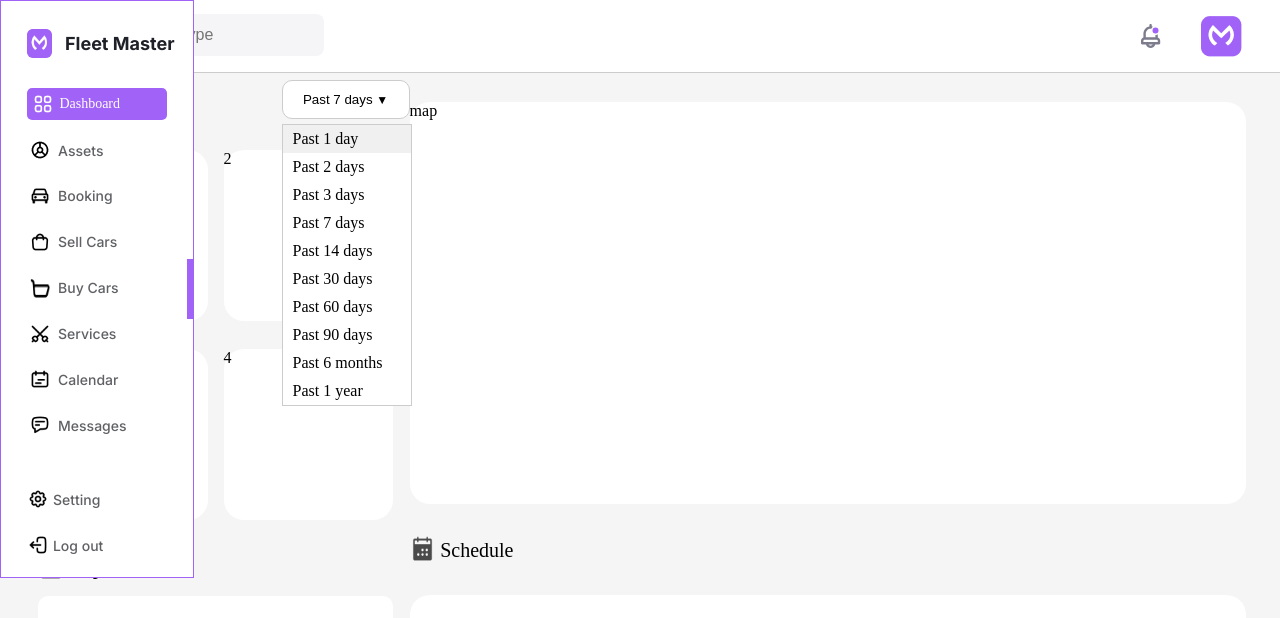
Repository: Designvioux/Car_Managment_System
Page: /, after clicking the first element matching `button.dropdown-button`
An editor plug-in stored every save of this project. The page is shown before and after the next save, followed by the edit.
The browser window is 1280 px wide. The pictures show the whole page.
The pointer rests on the first visible `.dropdown-item`.
An inner scrolling area shows only its first screen. The project was rebuilt for these pictures with package versions that can differ from the ones it lists, and the page was loaded fresh each time. Also part of the build but not shown: vite.config.js.

Above is the page before, as saved 2025-05-25 21:19:57.

### index.html
<!doctype html>
<html lang="en">
  <head>
    <meta charset="UTF-8" />
    <link rel="icon" type="image/svg+xml" href="./src/Components/Images/logo.png" />
    <meta name="viewport" content="width=device-width, initial-scale=1.0" />
    <title>Fleet Master</title>
  </head>
  <body>
    <div id="root"></div>
    <script type="module" src="/src/main.jsx"></script>
  </body>
</html>

### src/App.jsx
import { useState } from 'react'

import './App.css'
import { BrowserRouter as Router, Routes ,Route } from 'react-router-dom'

import Main from './Components/MainLayout'
import Home from './Components/Dashboard'


function App() {
  const [count, setCount] = useState(0)

  return (
    <Router>
<Routes>
<Route element={<Main/>}>
<Route path='/' element={<Home/>}/>

</Route>
</Routes>
    </Router>
  )
}

export default App

### src/App.css
html , body{
  margin: 0;
  padding: 0;
  overflow-x: hidden;
  background-color: #F5F5F5;

}

### src/Components/MainLayout.jsx
import React from 'react';
import Dashboard from './DashboardNavbar';
import './CSS/Home.css';
import Search from './Search-top';
import { Outlet } from 'react-router-dom';
const Main = () => {
  return (
    <div className='Main-Container'>
      <div className='dashboard-wrapper'>
        <Dashboard />
      </div>

     <div className='D-MainContent'>
        <div className='search-top'>
          <Search />
        </div>
        {/*here are page components  like home , About ,contact etc are  inserted*/}
<div className='Page-Components'>
  <Outlet/>
</div>
</div>

      </div>

  );
};

export default Main;

### src/Components/Dashboard.jsx
import React , {useState , useRef,useEffect} from 'react';

import './CSS/Home.css';

import stts from './icons/chart-bar-fill.png';
import trip from './icons/list-dashes-fill.png'
import calendar from  './icons/calendar-dots-fill.png'

const Home = () => {

const [isOpen , setIsOpen] = useState(false);
const [selected , setSelected] = useState("Past 7 days")

const dropdownRef= useRef();
  const options = [
    "Past 1 day",
    "Past 2 days",
    "Past 3 days",
    "Past 7 days",
    "Past 14 days",
    "Past 30 days",
    "Past 60 days",
    "Past 90 days",
    "Past 6 months",
    "Past 1 year",
  ];

  const toogleDropdown = () => setIsOpen(prev => !prev);
  const handleSelect = (value) => {
    setSelected(value);
    setIsOpen(false);
  };

  useEffect(() => {
    const handleClickOutside = (e) => {
      if (dropdownRef.current && !dropdownRef.current.contains(e.target)) {
        setIsOpen(false);
      }
    };
    document.addEventListener("mousedown", handleClickOutside);
    return () => document.removeEventListener("mousedown", handleClickOutside);
  }, []);

  return (
    <div className='Dashboard-Container'>


      <div className='main-content'>

        <div className='bottom-cont'>

     <div className='D-heading' ref={dropdownRef}>
      <div className='Stats-head'>

      <h2 className='s-heading'>      <img src={stts} className='sub-icons'></img> Statictics Overview
      </h2>
      <div className='dropdown-wrapper'>
  <button className='dropdown-button' onClick={toogleDropdown}>
    {selected} <span className={`arrow ${isOpen ? "open" : ""}`}>▼</span>
  </button>
  {isOpen && (
    <div className='dropdown-menu'>
      {options.map((option) => (
        <div
          key={option}
          className='dropdown-item'
          onClick={() => handleSelect(option)}
        >
          {option}
        </div>
      ))}
    </div>
  )}
</div>

      </div>
          <div className='H-left'>

            <div className='Statictics-container'>1</div>
            <div className='Trips-container'>2</div>
            <div className='Statictics-container'>3</div>
            <div className='Trips-container'>4</div>

          </div>
          <div className='Trips-Container'>
          <h2 className='s-heading'>  <img className='sub-icons' src={trip}></img> Trips </h2>
          <div className='Trips-box'>

          </div>

          </div>
          </div>

          <div className='right-side'>
            <div className='Map-container'>map</div>
            <h2 className='s-heading'><img src={calendar} className='sub-icons'></img> Schedule</h2>
            <div className='Schedule-container'></div>
            <div className='CarDriverAva-container'><h2> Car and Driver Availablity</h2></div>

          </div>
        </div>
      </div>
    </div>
  );
};

export default Home;

### src/Components/DashboardNavbar.jsx
import React from 'react'
import "./CSS/DashboardNavbar.css"
import Dboard from './icons/dashboard icon.png'
import Assets from './icons/wheel.png';
import Booking from  './icons/car.png';
import Car from './icons/shop.png';
import BCar from './icons/cart.png';
import Services from './icons/Line.png';
import Calendar from './icons/calendar.png';
import Msg from './icons/msg.png';
import Setting from './icons/setting.png';
import Logout from './icons/logout.png';
import logo from './Images/logo.png'
const Dashboard = () => {

  return (
    <>
  <div className='Hamburger-Container'>
   <div className='left-hamburger'>
   <div className='Logo'><img src={logo} className='logo-img' alt="logo"/><p>Fleet Master</p></div>
    <ul>
       <li><a className='d-board'><img src={Dboard} ></img>Dashboard</a></li>
      <li className='d-list'> <img src={Assets} className='d-icon'></img><a>Assets</a></li>
      <li className='d-list'><img src={Booking} className='d-icon'></img><a>Booking</a></li>
      <li className='d-list'><img src={Car}className='d-icon'></img><a>Sell Cars</a></li>
      <li className='d-list'><img src={BCar} className='d-icon'></img><a>Buy Cars</a></li>
      <li className='d-list'><img src={Services}className='d-icon'></img><a>Services</a></li>
      <li className='d-list'><img src={Calendar}className='d-icon'></img><a>Calendar</a></li>
      <li className='d-list'><img src={Msg}className='d-icon'></img><a>Messages</a></li>
      </ul>




   </div>
   <div className='last-content'>
    <ul>
     <li className='d-list'><img src={Setting} className='l-icon'></img><a>Setting</a></li>
     <li className='d-list'><img src={Logout}className='l-icon'></img>  <a>Log out</a></li>
      </ul>

      </div>

   </div>

      </>

  )


}

export default Dashboard;

### src/Components/CSS/Home.css
 .Dashboard-Container{
  margin: 0;
top: 0;
background-color: #F5F5F5;
height:auto;

display: flex;
flex-direction: column;
font-family: "DM Sans";




}

.Dashboard-left{
  display: flex;
  flex-direction: row;

}

.right-side{
  display: flex;
  flex-wrap: wrap;
  width: 70vw;
  background-color: #F5F5F5;
  height: 90vh;

  padding: 2vh 0vw;
  box-sizing: border-box;



}

.D-heading{
  display: flex;
 flex-direction: column;
  width: 30%;
  background-color: #F5F5F5;
height: auto;


  box-sizing: border-box;

}
.D-heading h2{
  margin: 2vh 0vw 1vh 1vw ;
}

.H-left {
  display: flex;
  flex-wrap: wrap;
  width: 100%;
  background-color: #F5F5F5;
  height: 55vh;
  gap: 16px;
  padding: 1vh 1vw;
  box-sizing: border-box;



}


.search-top{



  border-bottom: 1px solid #ccc;

}

.sub-icons{
  height: 4vh;
  width: 2vw;
}
.s-heading{
  display: flex;
  align-items: center;
  color: #000;
  gap: 5px;

font-family: "DM Sans";
font-size: 20px;
font-style: normal;
font-weight: 500;
line-height: 24px; /* 120% */
}

.Statictics-container,
.Trips-container {
  background-color: #fff;
  width: calc(50% - 10px);

  height: 45%;
  box-sizing: border-box;
  border-radius: 20px;
}

.Map-container,
.Schedule-container {
  background-color: #fff;
  width: calc(100% - 60px);
 border-radius: 20px;
  height: 65%;
  box-sizing: border-box;
  margin: 2vh 0vw ;

}
.CarDriverAva-container{
  background-color: #fff;
  width: calc(100% - 60px);
 border-radius: 20px;
  height:45%;
  box-sizing: border-box;


}




.bottom-cont{
  display: flex;
  flex-direction: row;



}




.D-MainContent{
  margin-left:2vw;

  height: auto;
  width: 100vw;


}

.Page-Components{
width: 100vw;

height: auto;

}


.Main-Container {

  height: 100vh;
  width: 100vw;
  overflow: hidden;
  display: flex;
  overflow-y: auto;  /* Make it scrollable vertically */
  overflow-x: hidden; /* Optional, hide horizontal scroll */

}



.dashboard-wrapper {
  width: 2vw; /* collapsed width */
  transition: width 0.3s ease;
  overflow: hidden;
  position: absolute;
  z-index: 10;
  border: 1px solid #A162F7;
}

.dashboard-wrapper:hover {
  width: 15vw; /* expanded width */
}

/* Add this if you want a hover-tab always visible */
.dashboard-wrapper::after {
  content: '';
  position: absolute;
  top: 50%;
  right: 0;
  transform: translateY(-50%);
  width: 6px;
  height: 60px;
  background: var(--primary-purple, #A162F7);
  cursor: pointer;

}

.Trips-container{
  display: flex;
  flex-direction: column;
}

.Trips-box{
  width: calc(95% - 10px);
  height: 100vh;
  background-color: #fff;

  margin: 2vh 1vw;
  border-radius:10px ;
}






.dropdown-button {

  background-color: #fff;
  border: 1px solid #ccc;
  cursor: pointer;
 border-radius:10px ;
  padding: 1.5vh 1vw;
width: 10vw;

}


.dropdown-menu {
  position: absolute;
  background: white;
  border: 1px solid #ccc;
  z-index: 100;

  margin-top: 5px;
  width: 10vw;

}

.dropdown-item {
  padding: 5px 10px;
  cursor: pointer;
}

.dropdown-item:hover {
  background-color: #f0f0f0;
}


.arrow {
  transition: transform 0.3s ease;
  font-size: 12px;
}

.arrow.open {
  transform: rotate(180deg);
}

.Stats-head{
  display:flex;
  flex-direction: row;
  gap:5vw;
}
.dropdown-wrapper {
  position: relative; /* Ensures dropdown-menu is positioned relative to this */
  display: inline-block;
  margin-top: 1vh;
}

### src/Components/Search-top.jsx
import React from 'react'
import './CSS/Search.css'
import fleet from './Images/logo.png'

const Search =()=>{

  return(


  <div className='search-bar'>
<div className="left-bar">
  <div className="search-sec">
  <svg xmlns="http://www.w3.org/2000/svg" width="20" height="20" viewBox="0 0 20 20" fill="none" className='search-icon'>
<path d="M19.7192 18.3126L16.0114 14.6326C17.4506 12.837 18.1476 10.5578 17.959 8.26385C17.7705 5.96985 16.7106 3.83533 14.9975 2.2992C13.2844 0.763058 11.0481 -0.0579377 8.74862 0.00502273C6.44911 0.0679831 4.26109 1.01011 2.63448 2.63769C1.00786 4.26527 0.066292 6.45459 0.00336896 8.75548C-0.059554 11.0564 0.760954 13.2939 2.29618 15.0081C3.83141 16.7222 5.96466 17.7827 8.25729 17.9714C10.5499 18.1601 12.8277 17.4627 14.6222 16.0226L18.3 19.7026C18.3929 19.7963 18.5035 19.8707 18.6253 19.9214C18.747 19.9722 18.8777 19.9984 19.0096 19.9984C19.1415 19.9984 19.2722 19.9722 19.3939 19.9214C19.5157 19.8707 19.6263 19.7963 19.7192 19.7026C19.8993 19.5161 20 19.2669 20 19.0076C20 18.7482 19.8993 18.499 19.7192 18.3126ZM9.01554 16.0226C7.63189 16.0226 6.27932 15.612 5.12886 14.8428C3.9784 14.0737 3.08172 12.9804 2.55223 11.7013C2.02273 10.4223 1.88419 9.01479 2.15412 7.65692C2.42406 6.29905 3.09035 5.05177 4.06873 4.0728C5.04712 3.09384 6.29366 2.42715 7.65072 2.15706C9.00778 1.88696 10.4144 2.02558 11.6927 2.5554C12.9711 3.08521 14.0637 3.98242 14.8324 5.13356C15.6011 6.2847 16.0114 7.63808 16.0114 9.02255C16.0114 10.8791 15.2743 12.6595 13.9623 13.9723C12.6504 15.2851 10.871 16.0226 9.01554 16.0226Z" fill="#7C7C8D"/>
</svg>
    <input
      type="search"
      placeholder="Search for a Type"
      className="search-input"
    />
  </div>
</div>

    <div className='right-cont'> <svg xmlns="http://www.w3.org/2000/svg" width="20" height="24" viewBox="0 0 20 24" fill="none">
<path d="M16.8 13.449V9.62358C16.7983 7.91915 16.1949 6.27033 15.0967 4.9691C13.9986 3.66788 12.4765 2.79823 10.8 2.51416V1.20295C10.8 0.883906 10.6736 0.577931 10.4485 0.352335C10.2235 0.126739 9.91826 0 9.6 0C9.28174 0 8.97651 0.126739 8.75147 0.352335C8.52643 0.577931 8.4 0.883906 8.4 1.20295V2.51416C6.72353 2.79823 5.20143 3.66788 4.10326 4.9691C3.0051 6.27033 2.40172 7.91915 2.4 9.62358V13.449C1.69974 13.6971 1.0932 14.1564 0.663526 14.7637C0.233854 15.371 0.00208741 16.0967 0 16.8413V19.2472C0 19.5662 0.126428 19.8722 0.351472 20.0978C0.576516 20.3234 0.88174 20.4501 1.2 20.4501H4.968C5.24434 21.4694 5.8476 22.3693 6.68471 23.0109C7.52183 23.6524 8.54627 24 9.6 24C10.6537 24 11.6782 23.6524 12.5153 23.0109C13.3524 22.3693 13.9557 21.4694 14.232 20.4501H18C18.3183 20.4501 18.6235 20.3234 18.8485 20.0978C19.0736 19.8722 19.2 19.5662 19.2 19.2472V16.8413C19.1979 16.0967 18.9661 15.371 18.5365 14.7637C18.1068 14.1564 17.5003 13.6971 16.8 13.449ZM4.8 9.62358C4.8 8.34741 5.30571 7.12351 6.20589 6.22113C7.10606 5.31874 8.32696 4.81179 9.6 4.81179C10.873 4.81179 12.0939 5.31874 12.9941 6.22113C13.8943 7.12351 14.4 8.34741 14.4 9.62358V13.2324H4.8V9.62358ZM9.6 21.6531C9.18117 21.6505 8.77029 21.5381 8.4082 21.3271C8.04611 21.1161 7.74541 20.8137 7.536 20.4501H11.664C11.4546 20.8137 11.1539 21.1161 10.7918 21.3271C10.4297 21.5381 10.0188 21.6505 9.6 21.6531ZM16.8 18.0442H2.4V16.8413C2.4 16.5222 2.52643 16.2162 2.75147 15.9906C2.97652 15.7651 3.28174 15.6383 3.6 15.6383H15.6C15.9183 15.6383 16.2235 15.7651 16.4485 15.9906C16.6736 16.2162 16.8 16.5222 16.8 16.8413V18.0442Z" fill="#7C7C8D"/>
<circle cx="14.5" cy="6.5" r="3.75" fill="#A162F7" stroke="white" strokeWidth="1.5"/>
</svg><img className='profile' src={fleet} alt="profile"></img></div>
  </div>

)
}
export default Search;

### src/Components/CSS/DashboardNavbar.css

@import url('https://fonts.googleapis.com/css2?family=Inter:wght@400;500;600;700&display=swap');



.Hamburger-Container {
  margin: 0;
  padding: 0;
  background-color: #fff; /* fixed from #ffff */
  font-family: "Inter";
  height: 80vh;
  width: 15vw;
  display: flex;
  flex-direction: column; /* vertical layout */

}
.Logo{
  display: flex;
  flex-direction: row;
  align-items: center;
  margin-left: 2vw;
  margin: 2vh 0vw 0vh 2vw;

}
.logo-img{

  display: flex;

  flex-direction: column;
  align-items: flex-start;
  gap: 10px;
  height: 4vh;
  width:2vw;


  border-radius: 6px;
background: var(--primary-purple, #A162F7);
}
.Logo p{

  margin-left: 1vw;
  display: flex;
  align-items: center;
  align-content: center;
  color: var(--gray-Dark, #1F2128);

font-size: 18px;
font-style: normal;
font-weight: 700;
line-height: normal;

}

.Hamburger-Container ul  {
  text-decoration: none;
 list-style: none;
 display: flex;
 flex-direction: column;
 gap: 2vh;

 padding: 0 2vw;

}

.Hamburger-Container ul li{

color: var(--gray-dark-2, #5F6165);
/* tittle/14 M */

font-size: 14px;
font-style: normal;
font-weight: 500;
line-height: normal;
display: flex;
flex-direction: row;
gap: 0.3vw;
}

.Hamburger-Container ul li a{
  display: flex;
  align-items: center;
}
.last-content  {
  display: flex;
  margin: 0;
  margin-top: auto; /* push this to the bottom */
  flex-direction: column;
}

.last-content ul li a{
display: flex;
align-items: center;

}
.d-icon{
  display: flex;
width: 20px;
height: 20px;
padding: 0vh 0.3vw;
justify-content: center;
align-items: center;

}
.l-icon{
  display: flex;
  width: 20px;
  height: 20px;
  padding: 0vh 0.1vw;
  justify-content: center;
  align-items: center;
}

.d-board{

background: #A162F7;
color: white;
padding: 0.8vh 0.5vw;
border-radius: 0.4vw;
color: #FFF;
gap: 0.5vw;
width: 80vw;
cursor: pointer;

font-family: "DM Sans";
font-size: 14px;
font-style: normal;
font-weight: 500;
line-height: normal;
}



.d-list {
  display: flex;
  align-items: center;
  gap: 10px;
  padding: 0.8vh 0vw;
cursor: pointer;
  border-radius: 5px;
  transition: all 0.3s ease;
}

.d-list .l-icon,
.d-list .d-icon {
  width: 20px;
  height: 20px;
  filter: brightness(0) saturate(100%); /* Initial black */
  transition: filter 0.3s ease;
}

.d-list:hover {
  background-color: #A162F7;
  color: white;
  cursor: pointer;
}

.d-list:hover .l-icon,
.d-list:hover .d-icon {
  filter: invert(1) brightness(1000%); /* Turns icon white */
}

### src/Components/CSS/Search.css
.search-bar{
  height: 10vh;
  background-color: #ffff;
  display: flex;
  flex-direction: row;
  margin-left: 0.2vw;
  border-radius: 5px;


}

.right-cont{
  display: flex;
margin-left: auto;
  gap: 40px;
align-items: center;

  margin-right: 5%;

}


.left-bar{
  margin: 2vh;
}

.search-sec {
  display: flex;
  align-items: center;
  background: #f5f4f6;
  border-radius: 8px;
  padding: 1.5vh 1vw;
width: 20vw;
  gap: 10px;
}

.search-icon {
  flex-shrink: 0;
  fill: var(--gray-dark-4, #7C7C8D);
  width: 20px;
height: 19.997px;
cursor: pointer;
}

.search-input {
  border: none;
  outline: none;
  background: transparent;
  font-size: 16px;
  width: 100%;
}

Loaded but not shown: src/main.jsx (common file); src/index.css (no stored copy; drawn as an empty file)

After the next save:
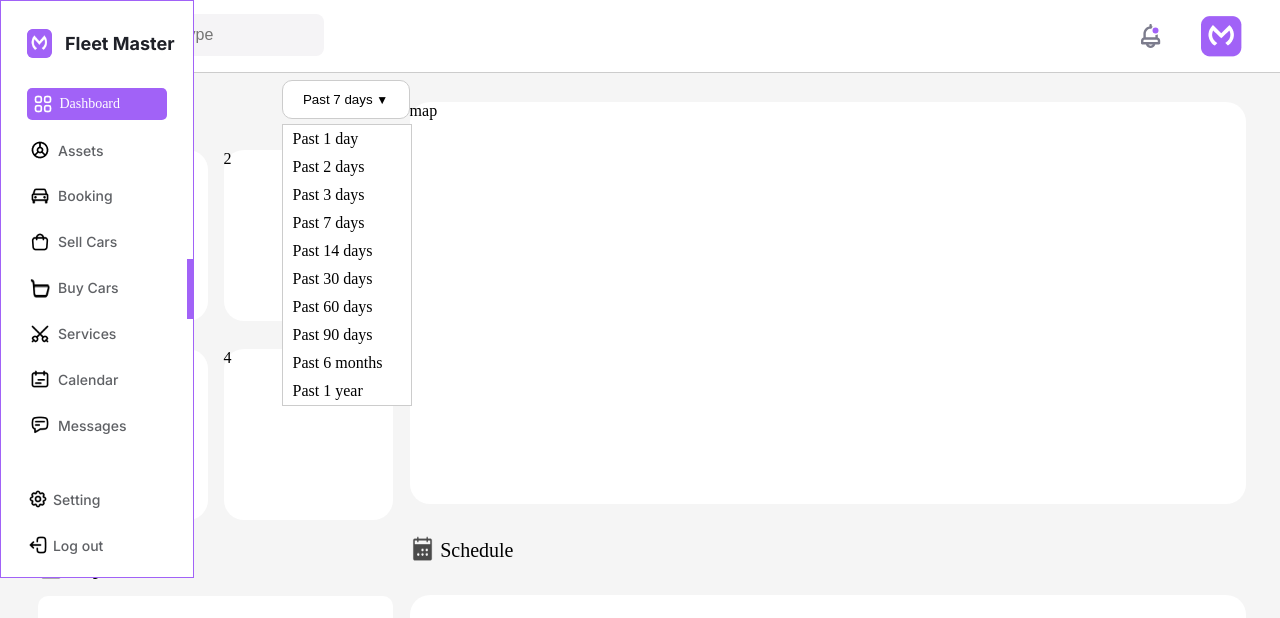
Saved 18 s later.
--- a/src/Components/CSS/Home.css
+++ b/src/Components/CSS/Home.css
@@ -237,7 +237,7 @@ width: 10vw;
 }
 
 .dropdown-item:hover {
-  background-color: #f0f0f0;
+  background-color:  background: var(--primary-purple, #A162F7);
 }
 
 
